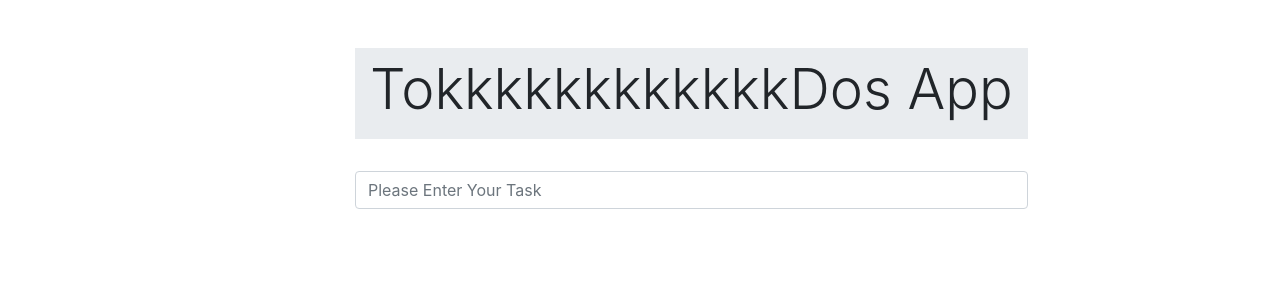
Repository: Khilanmakwana/Todo-App-ReactJS
Page: /
The author's editor kept a copy of each file at every save. The page is drawn from the files as they stood at one save, then again after the next save.
The browser window is 1280 px wide. The pictures show the whole page.
The project was rebuilt for these pictures with package versions that can differ from the ones it lists, and the page was loaded fresh each time. Also part of the build but not shown: src/App.css.

Above is the page before, as saved 2020-04-28 15:31:33.

After the next save:
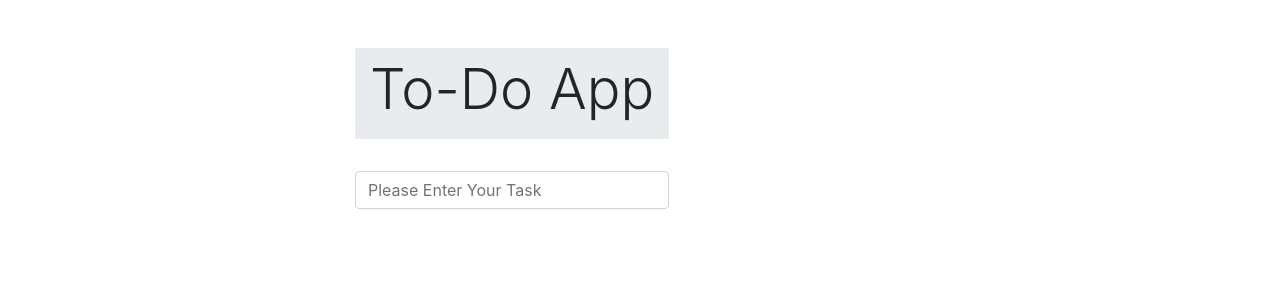
Saved 14 s later.
--- a/src/App.js
+++ b/src/App.js
@@ -6,11 +6,16 @@ function App() {
     <div>
       <div className="jumbotron jumbotron-fluid py-2">
         <div className="container">
-          <h1 className="display-4">TokkkkkkkkkkkkDos App</h1>
+          <h1 className="display-4">To-Do App</h1>
         </div>
       </div>
       <form className="mb-3">
-        <input type="text" className="form-control" placeholder="Please Enter Your Task" autoComplete="off"/>
+        <input
+          type="text"
+          className="form-control"
+          placeholder="Please Enter Your Task"
+          autoComplete="off"
+        />
       </form>
     </div>
   );
